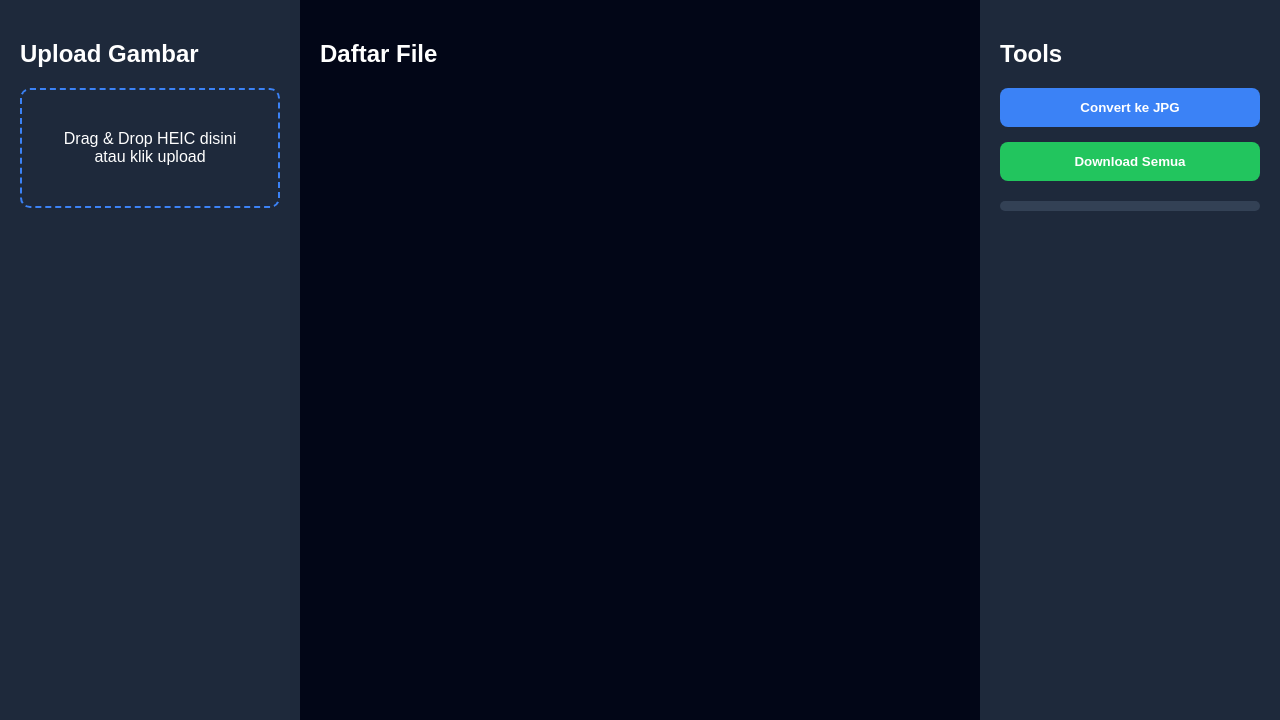
Repository: procinema22/hiisedulurfc
Page: hesedulur-main/convert-image.html
The author's editor kept a copy of each file at every save. The page is drawn from the files as they stood at one save, then again after the next save.
The browser window is 1280 px wide. The pictures show the whole page.

Above is the page before, as saved 2026-04-23 23:25:23.

After the next save:
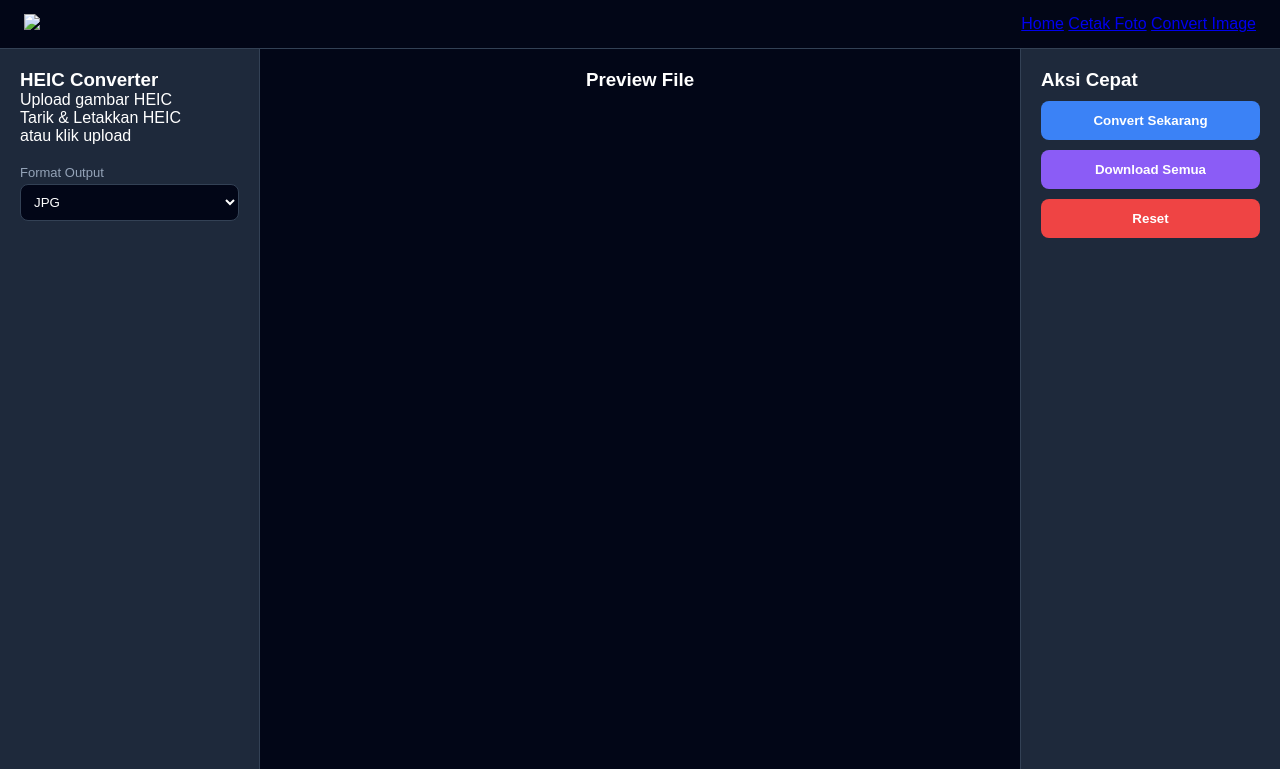
Not found: hesedulur-main/img/logo.png
Saved 117 s later.
--- a/hesedulur-main/convert-image.html
+++ b/hesedulur-main/convert-image.html
@@ -7,7 +7,7 @@
 
 <title>Convert HEIC ke JPG</title>
 
-<link rel="stylesheet" href="css/convert.css">
+<link rel="stylesheet" href="css/cetak.css">
 
 <script src="https://cdn.jsdelivr.net/npm/heic2any/dist/heic2any.min.js"></script>
 
@@ -15,27 +15,57 @@
 
 <body>
 
+<!-- NAVBAR -->
+<header class="navbar">
+
+<div class="logo">
+<img src="img/logo.png">
+</div>
+
+<nav>
+<a href="index.html">Home</a>
+<a href="cetakfoto.html">Cetak Foto</a>
+<a href="convert-image.html">Convert Image</a>
+</nav>
+
+</header>
+
+
 <div class="layout">
 
 <!-- LEFT PANEL -->
 <div class="left-panel">
 
-<h2>Upload Gambar</h2>
+<h3>HEIC Converter</h3>
 
-<div id="dropArea" class="drop-area">
-Drag & Drop HEIC disini<br>
+<p>Upload gambar HEIC</p>
+
+<div id="dropArea" class="upload-box">
+Tarik & Letakkan HEIC
+<br>
 atau klik upload
 </div>
 
 <input type="file" id="fileInput" accept=".heic,image/heic" multiple hidden>
 
+<div style="margin-top:20px">
+
+<label>Format Output</label>
+
+<select id="format">
+<option value="image/jpeg">JPG</option>
+<option value="image/png">PNG</option>
+</select>
+
+</div>
+
 </div>
 
 
-<!-- CENTER PANEL -->
+<!-- CENTER PREVIEW -->
 <div class="center-panel">
 
-<h2>Daftar File</h2>
+<h3 style="text-align:center">Preview File</h3>
 
 <div id="previewList" class="preview-list"></div>
 
@@ -45,14 +75,18 @@ atau klik upload
 <!-- RIGHT PANEL -->
 <div class="right-panel">
 
-<h2>Tools</h2>
+<h3>Aksi Cepat</h3>
 
-<button id="convertBtn" class="btn blue">
-Convert ke JPG
+<button class="btn blue" id="convertBtn">
+Convert Sekarang
 </button>
 
-<button id="downloadAll" class="btn green">
+<button class="btn purple" id="downloadAll">
 Download Semua
+</button>
+
+<button class="btn red" onclick="location.reload()">
+Reset
 </button>
 
 <div class="progress">
